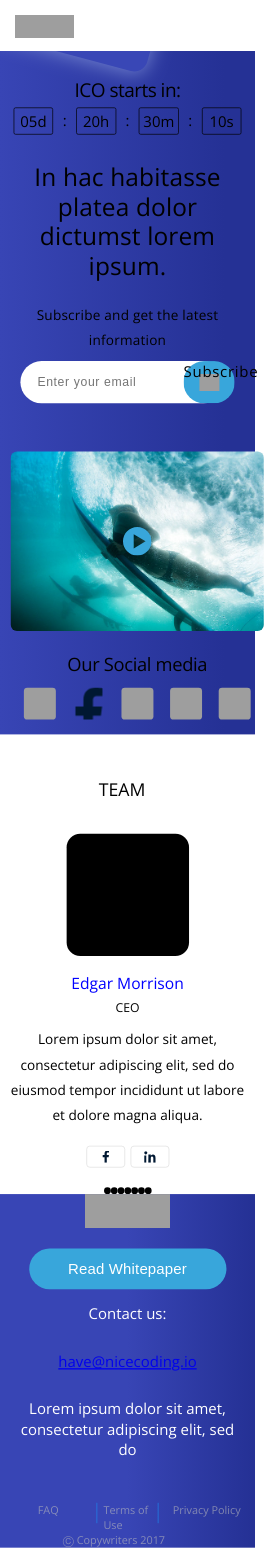
Repository: McGregorSt/newOne
Page: index.html
These files come from the project's save history. The page is drawn as it stood at one moment and after the next save; the edit follows.
The browser window is 375 px wide. The page is 388 px wide, so the pictures cover 388 px, including what lies to the right of the window. The pictures show the whole page, at 68% of full size.
Pictures or frames that could not be fetched are drawn as grey boxes.

Above is the page before, as saved 2019-12-18 09:11:37.

After the next save:
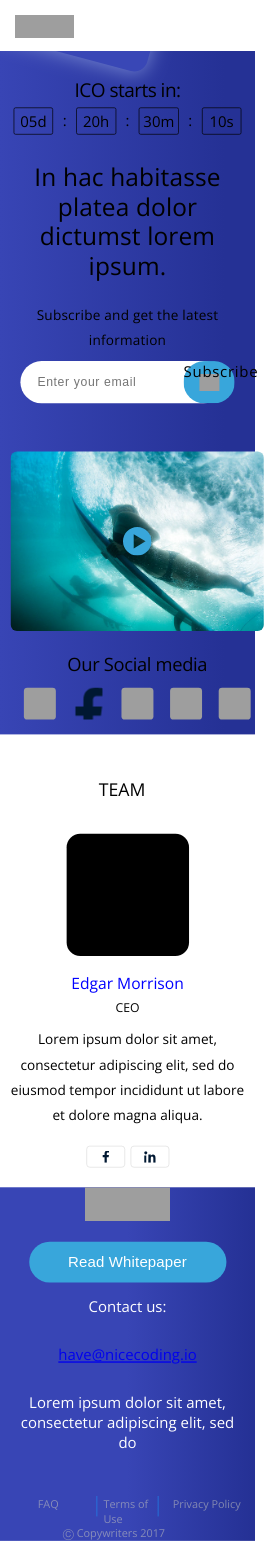
Saved 7 s later.
--- a/css/style.css
+++ b/css/style.css
@@ -534,6 +534,7 @@
     top: -5px;
   }
   .team__slider {
+    w6
     display: flex;
     justify-content: space-around;
   }

After the save that followed:
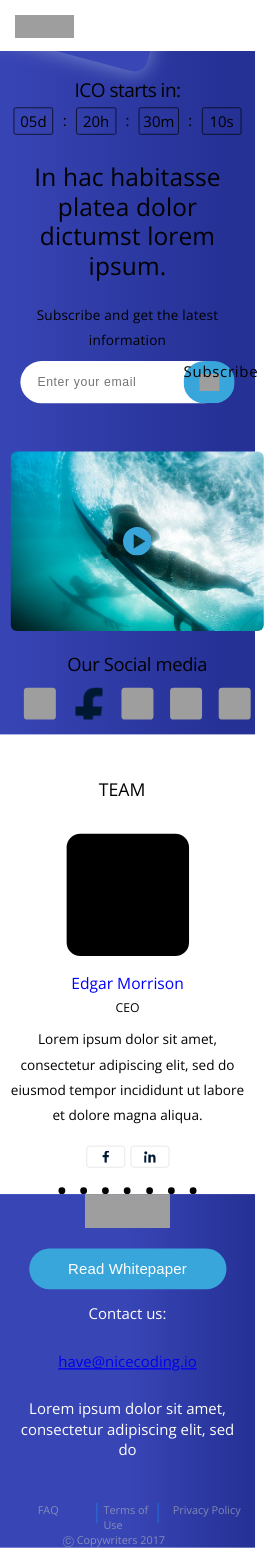
Saved 8 s later.
--- a/css/style.css
+++ b/css/style.css
@@ -534,7 +534,7 @@
     top: -5px;
   }
   .team__slider {
-    w6
+    width: 60%;
     display: flex;
     justify-content: space-around;
   }
